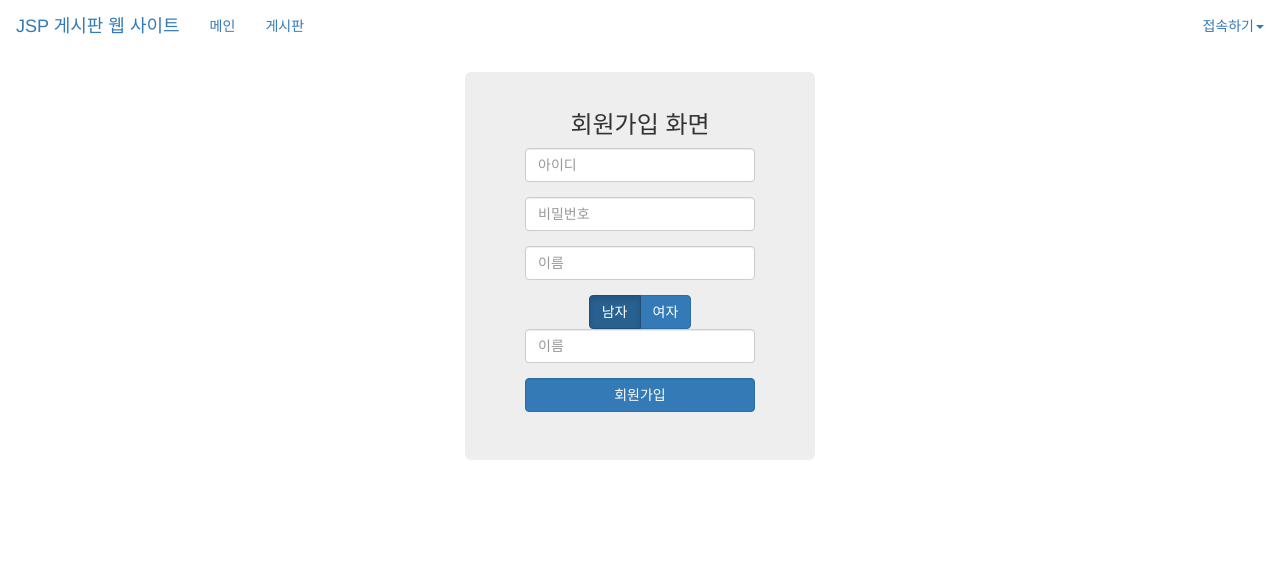
Repository: DDDEPE/mvc
Page: http://localhost/BBS/join.jsp
These files come from the project's save history. The page is drawn as it stood at one moment and after the next save; the edit follows.
The browser window is 1280 px wide. The pictures show the whole page.
Some web libraries are served in a nearby version. The page is served by Tomcat 9.

Above is the page before, as saved 2022-08-18 08:00:16.

After the next save:
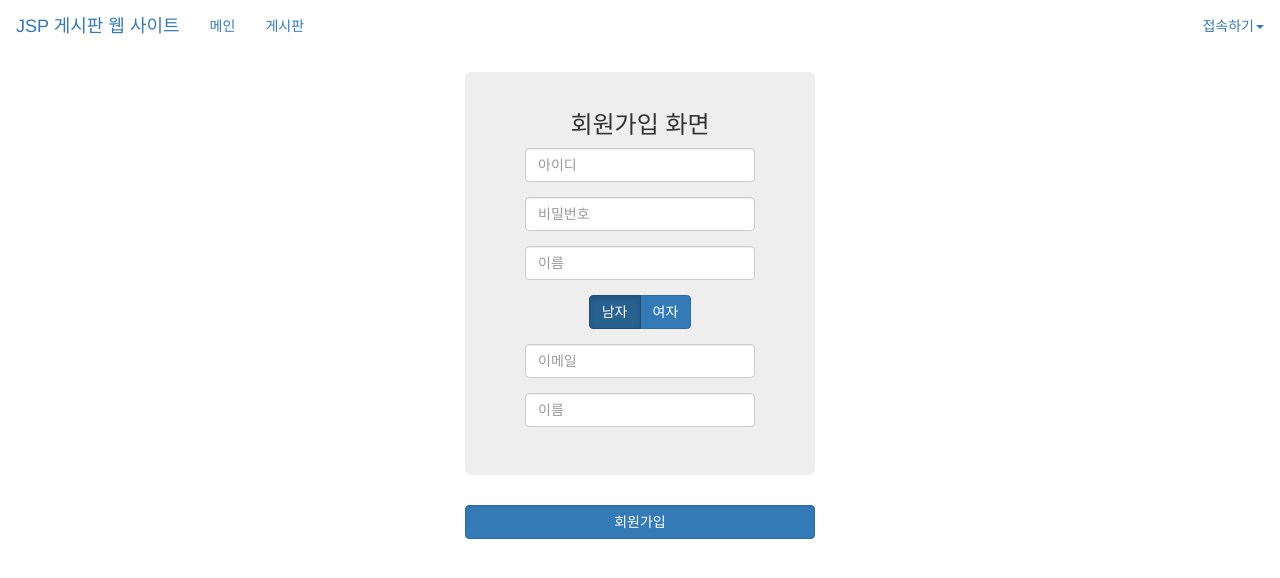
Saved 67 s later.
--- a/BBS/src/main/webapp/join.jsp
+++ b/BBS/src/main/webapp/join.jsp
@@ -62,6 +62,10 @@
 								<input type = "radio" name="userGender" autocomplete = "off" value="여자" checked>여자
 							</label>
 						</div>
+					</div>
+					<div class ="form-group">
+						<input type = "email" class="form-control" placeholder="이메일" name="userEmail" maxlength="20">
+					</div>
 						<input type = "text" class="form-control" placeholder="이름" name="userName" maxlength="20">
 					</div>
 					<input type="submit" class="btn btn-primary form-control" value="회원가입">
